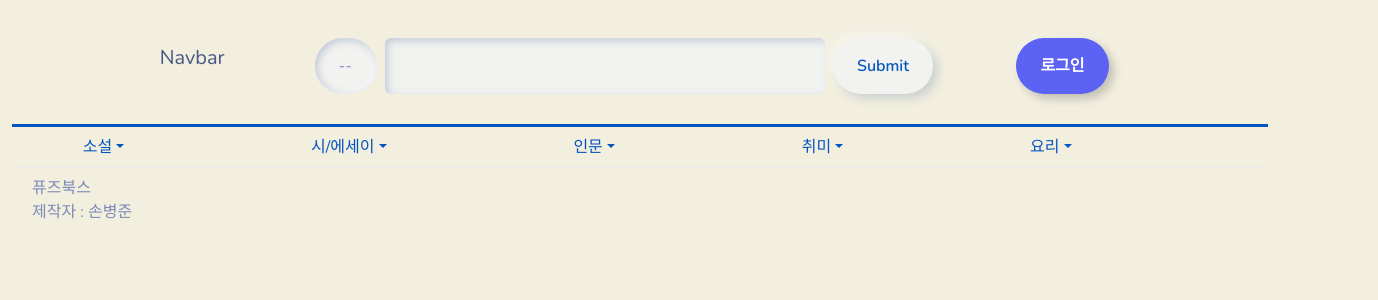
Repository: BusyGuy00/SpringworkspaceStudy
Page: http://localhost/a_manager/WEB-INF/views/include/Footer.jsp
An editor plug-in stored every save of this project. The page is shown before and after the next save, followed by the edit.
The browser window is 1280 px wide. The page is 1378 px wide, so the pictures cover 1378 px, including what lies to the right of the window. The pictures show the whole page.
The page is served by Tomcat 9. Nobody is signed in. Other server files are loaded and not shown. The template is opened directly, without the code that normally fills it, so the values that code supplies are empty.

Above is the page before, as saved 2023-09-08 00:32:08.
Console error: ReferenceError: $ is not defined

### a_manager/src/main/webapp/WEB-INF/views/include/Footer.jsp
<%@ page language="java" contentType="text/html; charset=UTF-8"
    pageEncoding="UTF-8"%>
<!DOCTYPE html>
<html>
<head>
<meta charset="UTF-8">
<title>Insert title here</title>
<link href="${path}/resources/css/bootstrap.css" rel="stylesheet"/>
<link href="${path}/resources/css/style.css" rel="stylesheet"/>
</head>
<body>
<%@ include file="../include/header.jsp" %>
<div>
<div>
<ul>
	<li>
	퓨즈북스
	</li>
	<li>
		제작자 : 손병준
	</li>
</ul>
</div>
</div>


</body>
</html>
</body>
</html>

### a_manager/src/main/webapp/WEB-INF/views/include/header.jsp
<%@ page language="java" contentType="text/html; charset=UTF-8"
    pageEncoding="UTF-8"%>
<%@ taglib prefix="sec" uri="http://www.springframework.org/security/tags" %>
<%@ taglib prefix="c" uri="http://java.sun.com/jsp/jstl/core" %>
<!DOCTYPE html>
<html>
<head>
<meta charset="UTF-8">
<title>Insert title here</title>
<link href="${path}/resources/css/bootstrap.css" rel="stylesheet"/>
<link href="${path}/resources/css/style.css" rel="stylesheet"/>
</head>
<body>
<nav class="navbar navbar-expand-lg bg-light" data-bs-theme="light">
  <div class="container-fluid">

    <div class="top_menu">
    <a class="navbar-brand" href='/product/list'>Navbar</a>
    <div class="top_menu_search" >
		<form class="d-flex" action="/product/list" method="get">
			<input type="hidden" name="${_csrf.parameterName}" value="${_csrf.token}" />
				<select class="selected form-control me-sm-2" id="" name="type">
					<option class="optionList" value="">----</option>
					<option class="optionList" value="T"  <c:out value="${pageMaker.cri.type == 'T' ? 'selected' : ''}"/>>제목</option>
					<option class="optionList" value="C" <c:out value="${pageMaker.cri.type == 'C' ? 'selected' : ''}"/>>저자</option>
					<option class="optionList" value="W" <c:out value="${pageMaker.cri.type == 'W' ? 'selected' : ''}"/>>내용</option>
					<option class="optionList" value="TC" <c:out value="${pageMaker.cri.type == 'TC' ? 'selected' : ''}"/>>제목,저자</option>
					<option class="optionList" value="TW" <c:out value="${pageMaker.cri.type == 'TW' ? 'selected' : ''}"/>>제목,내용</option>
					<option class="optionList" value="TCW" <c:out value="${pageMaker.cri.type == 'TCW' ? 'selected' : ''}"/>>제목,저자,내용</option>
				</select>
			<input  class="form-control me-sm-2" type="text" name="keyword" value="${pageMaker.cri.keyword}"/>
			<input class="btn btn-secondary my-2 my-sm-0" type="submit">
		</form>
	</div>
	<sec:authorize access="isAnonymous()">
	<div class="login_button">
		<a href="../customLogin" ><button type="button" class="btn btn-outline-info">로그인</button></a>
	</div>
	</sec:authorize>
	<div  class="log_info">
		<sec:authentication property="principal" var="pinfo"/>
		<sec:authorize access="isAuthenticated()">
		<div class="card-body login_button">
		    <h4 class="card-title">${pinfo.username}님 환영 합니다.</h4>
		   <div class="login_info">
				<button  onclick="location.href='/sale/pricelist/${pinfo.username}'" type="submit" class="btn btn-primary btn-sm">구매리스트</button>
			    <form action="/customLogout" method="post">
					<input type="hidden"  name="${_csrf.parameterName}" value="${_csrf.token}"/>
					<button  type="submit" class="btn btn-primary btn-sm">로그아웃</button>
				</form>
				<a href="../product/insert"><button  type="submit" class="btn btn-primary btn-sm">상품 추가</button></a>
			</div>
		 </div>
		</sec:authorize>
	</div>
	</div>
    <button class="navbar-toggler" type="button"
    	data-bs-toggle="collapse" data-bs-target="#navbarColor03"
    		aria-controls="navbarColor03" aria-expanded="false"
    			aria-label="Toggle navigation">
      <span class="navbar-toggler-icon"></span>
    </button>
    <div class="collapse navbar-collapse" id="navbarColor03">
      <ul class="navbar-nav me-auto">
       <li class="nav-item dropdown">
          <a class="nav-link dropdown-toggle" data-bs-toggle="dropdown" href="#" role="button" aria-haspopup="true" aria-expanded="false">소설</a>
          <div class="dropdown-menu">
          	<a class="dropdown-item" href="/product/list?category=소설" > 소설</a>
            <a class="dropdown-item" href="/product/list?category=한국소설">한국 소설</a>
            <a class="dropdown-item" href="/product/list?category=영미소설">영미 소설</a>
          </div>
        </li>
        <li class="nav-item dropdown">
          <a class="nav-link dropdown-toggle" data-bs-toggle="dropdown" href="#" role="button" aria-haspopup="true" aria-expanded="false">시/에세이</a>
          <div class="dropdown-menu">
          	<a class="dropdown-item" href="/product/list?category=시">시 전체</a>
            <a class="dropdown-item" href="/product/list?category=시">시/에세이</a>
           </div>
        </li>
        <li class="nav-item dropdown">
          <a class="nav-link dropdown-toggle" data-bs-toggle="dropdown" href="#" role="button" aria-haspopup="true" aria-expanded="false">인문</a>
          <div class="dropdown-menu">
            <a class="dropdown-item" href="/product/list?category=인문학">인문학 전체</a>
            <a class="dropdown-item" href="/product/list?category=인문학">심리학</a>
            <a class="dropdown-item" href="/product/list?category=인문학">교육학</a>
          </div>
        </li>
        <li class="nav-item dropdown">
          <a class="nav-link dropdown-toggle" data-bs-toggle="dropdown" href="#" role="button" aria-haspopup="true" aria-expanded="false">취미</a>
          <div class="dropdown-menu">
          	<a class="dropdown-item" href="/product/list?category=쥐미">취미 전체</a>
            <a class="dropdown-item" href="/product/list?category=쥐미">가정원예</a>
            <a class="dropdown-item" href="/product/list?category=쥐미">홈인테리어</a>
            <a class="dropdown-item" href="/product/list?category=쥐미">생활공예</a>
          </div>
        </li>
        <li class="nav-item dropdown">
          <a class="nav-link dropdown-toggle" data-bs-toggle="dropdown" href="#" role="button" aria-haspopup="true" aria-expanded="false">요리</a>
          <div class="dropdown-menu">
            <a class="dropdown-item" href="/product/list?category=요리">요리 전체</a>
            <a class="dropdown-item" href="/product/list?category=요리">요리 에세이</a>
            <a class="dropdown-item" href="/product/list?category=요리">테마별 요리</a>
          </div>
        </li>
      </ul>

    </div>
  </div>
</nav>
<script>
document.addEventListener("DOMContentLoaded", function() {
  // 드롭다운 토글 버튼
  var dropdownToggleList = document.querySelectorAll(".dropdown-toggle");
  dropdownToggleList.forEach(function(dropdownToggle) {
    dropdownToggle.addEventListener("click", function(event) {
      // 드롭다운 토글 버튼이 클릭될 때 드롭다운 메뉴를 토글
      event.preventDefault();
      event.stopPropagation();
      var dropdownMenu = this.nextElementSibling;
      if (dropdownMenu) {
        dropdownMenu.classList.toggle("show");
        this.setAttribute("aria-expanded", dropdownMenu.classList.contains("show"));
      }
    });
  });

  // 클릭하면 모든 드롭다운 메뉴를 닫음
  document.addEventListener("click", function(event) {
    var dropdownMenus = document.querySelectorAll(".dropdown-menu");
    dropdownMenus.forEach(function(dropdownMenu) {
      dropdownMenu.classList.remove("show");
    });
    var dropdownToggleList = document.querySelectorAll(".dropdown-toggle");
    dropdownToggleList.forEach(function(dropdownToggle) {
      dropdownToggle.setAttribute("aria-expanded", "false");
    });
  });
});

//로그아웃 버튼

$(".logout").on("click", function(e){
	let csrfHeaderName = "${_csrf.headerName}";
	let csrfTokenValue = "${_csrf.token}";
	$.ajax({
		url: '../customLogout',
		type: 'POST',
		data: "text",
		beforeSend:function(xhr){
			xhr.setRequestHeader(csrfHeaderName, csrfTokenValue);
		},

	})
});

</script>
</body>
</html>

### a_manager/src/main/webapp/resources/css/style.css
@charset "UTF-8";
* { margin: 0; padding: 0; box-sizing: border-box;}
a {text-decoration: none; color:inherit; }
img { vertical-align: top;  }
body {
    width: 100%;
    height: 100%;
}
table {
    border-collapse: collapse;
}
li { list-style: none;}
h1, h2, h3, h4, h5, h6 {
    font-weight: normal;
}
address {
    font-style: normal;
}
input, select {
    outline: none;
}
.clearboth::after {
    content: "";
    display: block;
    clear:both;
}

.selected {
	border-radius: 30px;
	border : none;
	width : 10%;
}

.optionList {
  position: absolute;
  top: 28px;
  left: 0;
  width: 100%;
  list-style-type: none;
  padding: 0;
  border-radius: 10px;
  overflow: hidden;
  max-height: 0;
  transition: .3s ease-in;
}

.top_menu{
	width: 100%;
	padding-bottom: 30px;
	display: flex;
	justify-content: space-between;
	margin-left: 110px;
}
.top_menu_search{
	width: 50%
}
.login_button{
	margin-right: 70px;
}
.log_info{
	margin-right: 10%;

}
.login_info{
	display: flex;
	justify-content: space-around;
	margin-top: 10px;

}
.my_page{
 display: flex;
  flex-direction: column;
  padding-left: 0;
  margin-bottom: 0;
  list-style: none;
  text-align: center;
}

/*리스트 페이지 이미지*/
.list_img{
	width: 250px;
	height: 350px;
}

.flex-container {
    display: flex;
    flex-wrap: wrap;
    justify-content:  flex-start; /* 요소 사이의 간격 조절 (선택 사항) */
    margin-left: 10%;
}
.book_list{
	display: flex;
	width: 100%;
	flex: 0 0 calc(24% - 20px); /* 각 항목의 너비 조절 (4개 항목이 한 줄에 들어가도록 24%로 설정) */
    margin-bottom: 20px; /* 항목 간의 아래 여백 추가 (선택 사항) */
}
.book_list_ul{
	isplay: flex;
    justify-content: flex-start;
    height: 500px;
    align-items: center;
    flex-direction: column;
    width: 73%;
	padding: 50px 50px 35px 50px;
	margin-left: 10px;
}
.list_form{
	display: flex;
}
/*리스트 페이지 */
.banner{
	width: 100%;
	position: relative;
    overflow: hidden;

}
.banner ul {
	width: 100%;
}
.banner ul li {
	width: 100%;
}

/* 슬라이드 쇼 컨테이너 스타일 */
/* 슬라이드 목록 스타일 */
.slideshow {
    list-style-type: none;
    padding: 0;
    margin: 0;
    width: 100%;
    display: flex;
    transition: transform 1s ease;
}
/* 슬라이드 컨테이너 스타일 */
.slideshow-container {
  position: relative;
  max-width: 100%;
  margin: auto;
}

/* 각 슬라이드 스타일 */
.slides {
  list-style: none;
  padding: 0;
  margin: 0;
  overflow: hidden;
  position: relative;
}

/* 각 슬라이드 아이템 스타일 */
.slides li {
  display: none;
  float: left;
}

/* 슬라이드 이미지 스타일 */
.slides img {
  width: 100%;
  height: auto;
}

/* 이전/다음 버튼 스타일 */
.prev{
  cursor: pointer;
  position: absolute;
  top: 50%;
  width: auto;
  padding: 16px;
  margin-top: -22px;
  background-color: rgba(0, 0, 0, 0.6);
  color: #fff;
  font-weight: bold;
  font-size: 24px;
  transition: background-color 0.3s ease;
}
.next {
  cursor: pointer;
  position: absolute;
  top: 50%;
  right: 0%;
  width: auto;
  padding: 16px;
  margin-top: -22px;
  background-color: rgba(0, 0, 0, 0.6);
  color: #fff;
  font-weight: bold;
  font-size: 24px;
  transition: background-color 0.3s ease;
}

/* 이전/다음 버튼 호버 시 스타일 */
.prev:hover, .next:hover {
  background-color: rgba(0, 0, 0, 0.8);
}


/* 뷰 페이지*/
.top_line{
	border: 1px solid rgb(3,37,140,0.1);
}
#book_table {
	display: flex;
	justify-content: space-around;
    align-items: center;
    padding-top: 5%;
    width: 60%;
    margin: 0 auto;
}
.view_img> ul:nth-child(1) li{
	font-size: xx-large;
	margin-bottom: 5px;
	color : #03258C;
	font-weight: bolder;
}
.view_buy{
	display: flex;
	flex-direction: column;
    align-items: flex-start;
    color: #3D3840;
    font-size: large;
    font-weight: 600;
    margin-top: 80px;
}
.view_buy > ul:nth-child(1) li{
	color : #03258C;
	font-size: xx-large;
	font-weight: bolder;
}
.view_buy ul {
	margin-bottom: 37px;
}
.view_info {
	color: #3D3840;
	font-size: large;
	font-weight: bold;
}
.view_admin_btn{
	width: 100px;
	margin-top: 10px;
    font-size: small;
}
.view_admin_btn2{
	width: 75px;
    font-size: small;
    margin-top: 16px;
}
.review{
	display: flex;
	flex-direction: column-reverse;
    flex-wrap: nowrap;
    margin-top: 98px;
    border-top: 1px solid;
    padding-top: 58px
}

.reviw_area{
	width: 40%;
    margin-left: 29%;
}
.review_box{
	width: 100%;
}
.review_text{
	width: 100%;
	margin-top: 1%;
    margin-bottom: 2%;
}
.review_conment{
	width: 100%;
	margin-left: 29%;
}
.review_conment_box{
	width: 40%;
}
.review_conment_box_div{
	border-bottom: 1px solid;
	margin-bottom: 20px;
	margin-top: 10px;
}
.review_box input{
	margin-left:88%;
}
.commentflexBtn{
	margin-left: 88%;
}

/*인설트 페이지*/
.insert_page h2{
	margin-left: 32%;
	padding-bottom: 31px;
    margin-top: 50px;
    width: 600px;
    border-bottom: 1px solid;
}
.insert_info{
	display: flex;
	justify-content: space-around;
	margin-right: 100px;
	margin-top: 60px;
}
.insert_info ul li{
	padding-bottom: 30px;

}
.insert_info select {
	margin-left: 68px;
}
.insert_select{
	width: 186px;
    margin: 0 auto;
}
.insert_form{
	width: 255px;
}
.insert_btn{
	display: flex;
	justify-content: space-around;
}

/* 장바구니 페이지  */
.cartlist_h2{
	margin-left: 200px;
    margin-top: 40px;
    margin-bottom: 20px;
}
.cart_table{
	display: flex;
	justify-content: space-evenly;
    text-align: center;
	flex-wrap: wrap;
	margin-left: 20%
}
.cart_table tr {
	margin-bottom: 10px
}
.table_title{
	border-bottom: 1px solid;
	height: 30px;
    width: 100%;
    display: flex;
    justify-content: space-around;

}
.table_info{
	margin-top: 10px;
	display: flex;
	align-items: center;
    width: 100%;
}
.table_info_box{
	display: flex;
	margin-right: 70px;
	width: 580px;
}
.table_info_li{
	display: flex;
    flex-direction: column;
    align-items: flex-start;
    margin-top: 60px;
    margin-left: 20px;
    font-size: 20px;
}
.table_info_li div{
	margin-bottom: 60px;
	color: rgb(3 37 140)
}
.table_info_li> div:nth-child(1){
	font-size: 30px;
	color: #03258C;
	font-weight: 900;
}
.cart_count{
	width: 30px;
	border: none;
	background: transparent;
	padding-left: 10px;
}
.cart_sale{
	display: flex;

}
.cart_btn{
	padding: 5px;
}
.table_info_btn{
	width: 100px;
}
.cart_delete{
	margin-left: 45px;
}
.cart_line{
	color: rgb(3,37,140,0.1);
	width: 70%;
	border: 1px solid;
	margin-right: 80px;
}

/*구매 확인 페이지*/
.pricelist_table{
	margin: 0 auto;
	display: flex;
    flex-direction: column;
    margin-left: 30%;
	margin-top: 50px;
	color: rgb(3 37 140);
}
.pricelist_table> ul {
	display: flex;
	justify-content: space-around;
	flex-direction: column;
	font-size: xx-large;
}
.pricelist_info{
	display: flex;
	flex-direction: column;
	margin-left: 5%;
	margin-top: 50px;
}
.pricelist_btn{
	display: flex;
    justify-content: space-around;
    margin: -32px;
}



/*로그인 페이지*/
.login {
	display: flex;
	flex-direction: column;
	margin: 150px;
}
.login_page{
	display: flex;
    /* margin: 0 auto; */
    width: 100%;
    height: 100vh;
    justify-content: space-around;
}

Loaded but not shown: a_manager/src/main/webapp/resources/css/bootstrap.css (library)

After the next save:
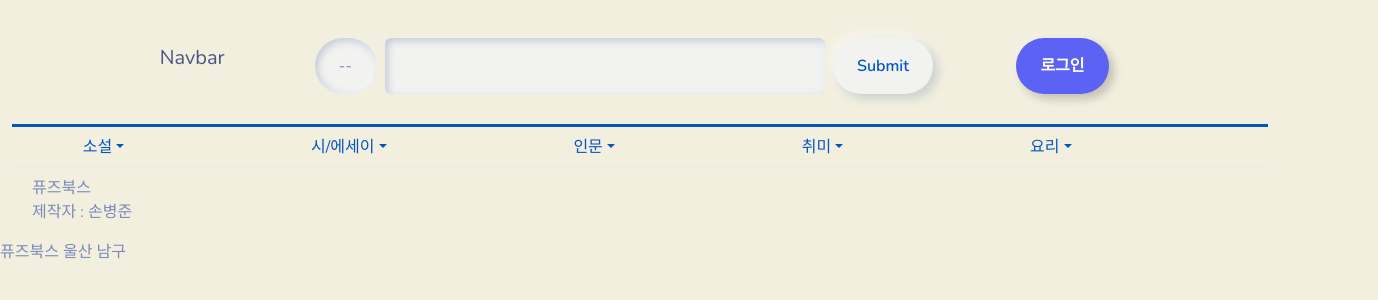
Saved 51 s later.
--- a/a_manager/src/main/webapp/WEB-INF/views/include/Footer.jsp
+++ b/a_manager/src/main/webapp/WEB-INF/views/include/Footer.jsp
@@ -14,12 +14,15 @@
 <div>
 <ul>
 	<li>
-	퓨즈북스
+		퓨즈북스
 	</li>
 	<li>
 		제작자 : 손병준
 	</li>
 </ul>
+<div>
+	<address> 퓨즈북스 울산 남구 </address>
+</div>
 </div>
 </div>
 
